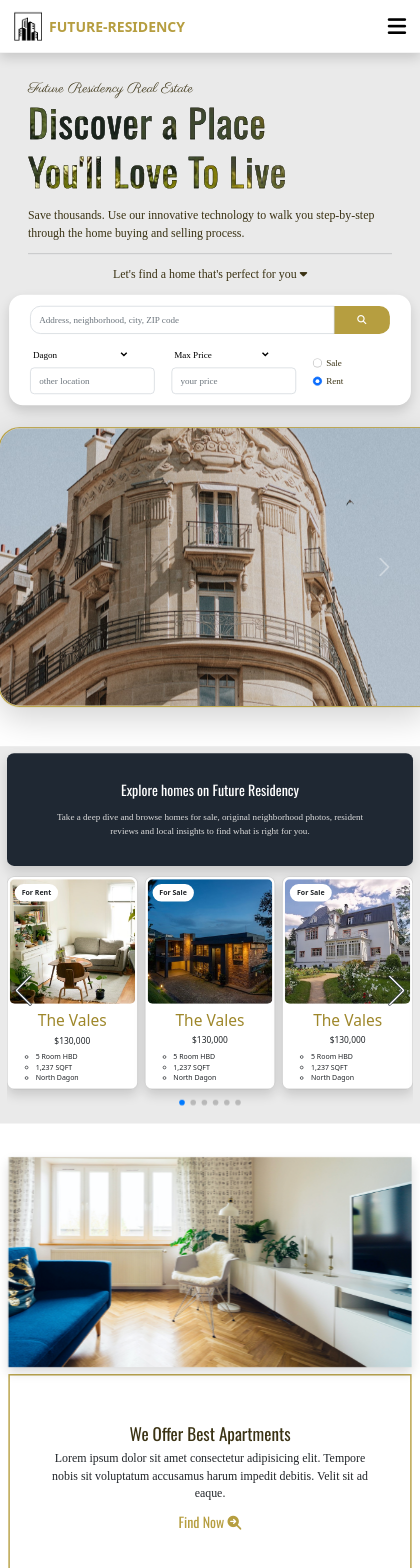
Repository: pyaestk/Future-residency
Page: index.html
The author's editor kept a copy of each file at every save. The page is drawn from the files as they stood at one save, then again after the next save.
The browser window is 600 px wide. The pictures show the part of the page from y = 0 to 2240 px (the page is 4249 px tall), at 70% of full size.
Some web fonts or font styles are not loaded; a fallback is used.

Above is the page before, as saved 2022-12-13 21:26:53.

After the next save:
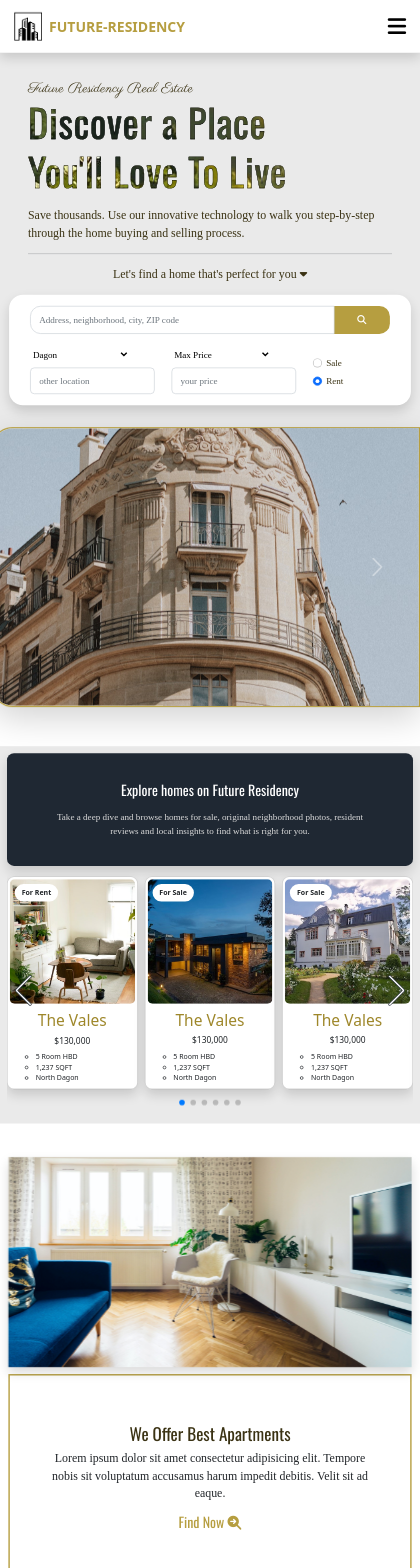
Saved 3 min 25 s later.
--- a/styleMobileview.css
+++ b/styleMobileview.css
@@ -73,7 +73,7 @@
     margin: 10px 13px;
   }
   .customCarousel{
-    margin-left: 10px;
+    padding-left: 10px;
   }
   .carousel-control-next{
     padding-right: 30px;
